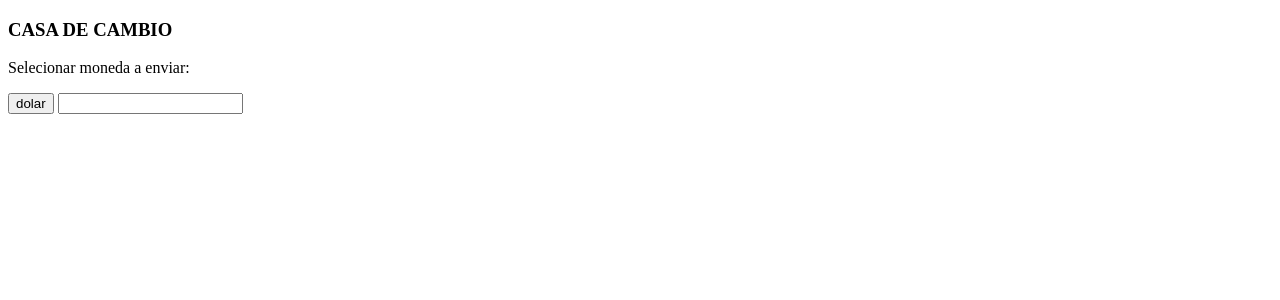
Repository: AgusL01/Bootstrap-Agustin-lago-
Page: Desktop/clases coder/proyecto-final-agustin-lago-main/index.html
An editor plug-in stored every save of this project. The page is shown before and after the next save, followed by the edit.
The browser window is 1280 px wide. The pictures show the whole page.

Above is the page before, as saved 2022-06-27 21:01:56.

### Desktop/clases coder/proyecto-final-agustin-lago-main/index.html
<!DOCTYPE html>
<html lang="en">
<head>
    <meta charset="UTF-8">
    <meta http-equiv="X-UA-Compatible" content="IE=edge">
    <meta name="viewport" content="width=+, initial-scale=1.0">
    <title>Casa de cambio</title>
</head>
<body>
    <h3>CASA DE CAMBIO</h3>
    <form class="formulario">
        <p>Selecionar moneda a enviar:</p>
        <input type="button" value="dolar">
        <input type="text" name="euro" id="moneda">
    </form>
</body>
</html>

After the next save:
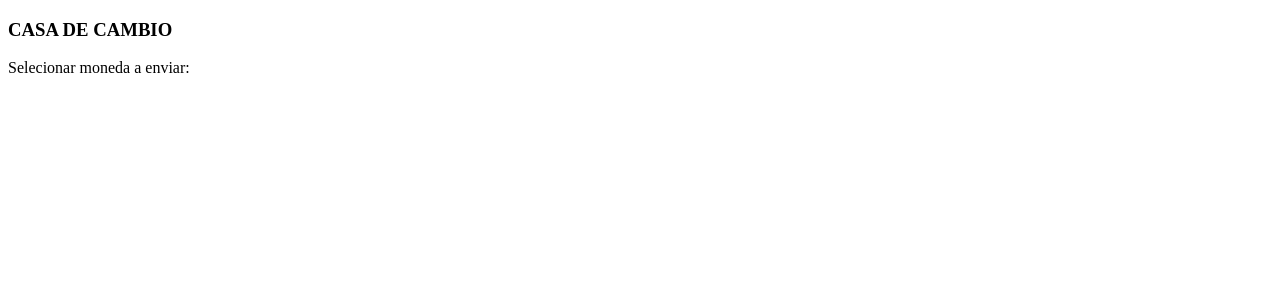
Saved 95 min 30 s later.
--- a/Desktop/clases coder/proyecto-final-agustin-lago-main/index.html
+++ b/Desktop/clases coder/proyecto-final-agustin-lago-main/index.html
@@ -10,8 +10,6 @@
     <h3>CASA DE CAMBIO</h3>
     <form class="formulario">
         <p>Selecionar moneda a enviar:</p>
-        <input type="button" value="dolar">
-        <input type="text" name="euro" id="moneda">
     </form>
 </body>
 </html>
